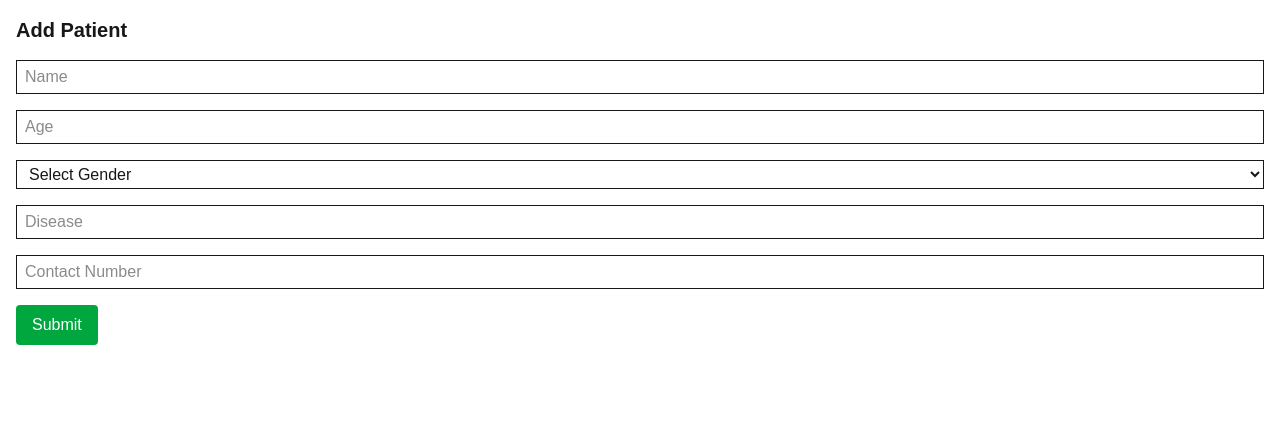
Repository: DangerCR7/patient-crud-app
Page: /patient-form (app in patient-crud-ui/)
The author's editor kept a copy of each file at every save. The page is drawn from the files as they stood at one save, then again after the next save.
The browser window is 1280 px wide. The pictures show the whole page.
The project was rebuilt for these pictures with package versions that can differ from the ones it lists, and the page was loaded fresh each time. The framework's server and built-in components were replaced by stand-ins that run in the browser. Also part of the build but not shown: patient-crud-ui/next.config.mjs.

Above is the page before, as saved 2025-07-14 19:22:26.

### patient-crud-ui/src/app/patient-form/page.js
import React, { useState } from 'react';

export default function PatientForm() {
  const [form, setForm] = useState({
    name: '',
    age: '',
    gender: '',
    disease: '',
    contact: ''
  });

  const handleChange = (e) => {
    setForm({ ...form, [e.target.name]: e.target.value });
  };

  const handleSubmit = async (e) => {
    e.preventDefault();
    try {
      const res = await fetch('http://localhost:8080/api/patients', {
        method: 'POST',
        headers: {
          'Content-Type': 'application/json'
        },
        body: JSON.stringify(form)
      });

      if (!res.ok) throw new Error('Failed to add patient');
      alert('Patient added successfully!');
    } catch (error) {
      console.error(error);
      alert('Error adding patient');
    }
  };

  return (
    <div className="container mx-auto p-4">
      <h1 className="text-xl font-semibold mb-4">Add Patient</h1>
      <form onSubmit={handleSubmit} className="space-y-4">
        <input type="text" name="name" placeholder="Name" value={form.name} onChange={handleChange} className="border px-2 py-1 w-full" required />
        <input type="number" name="age" placeholder="Age" value={form.age} onChange={handleChange} className="border px-2 py-1 w-full" required />
        <select name="gender" value={form.gender} onChange={handleChange} className="border px-2 py-1 w-full" required>
          <option value="">Select Gender</option>
          <option value="male">Male</option>
          <option value="female">Female</option>
        </select>
        <input type="text" name="disease" placeholder="Disease" value={form.disease} onChange={handleChange} className="border px-2 py-1 w-full" />
        <input type="text" name="contact" placeholder="Contact Number" value={form.contact} onChange={handleChange} className="border px-2 py-1 w-full" />
        <button type="submit" className="bg-green-600 text-white px-4 py-2 rounded">Submit</button>
      </form>
    </div>
  );
}

Loaded but not shown: patient-crud-ui/src/app/layout.js (common file); patient-crud-ui/src/app/globals.css (common file)

After the next save:
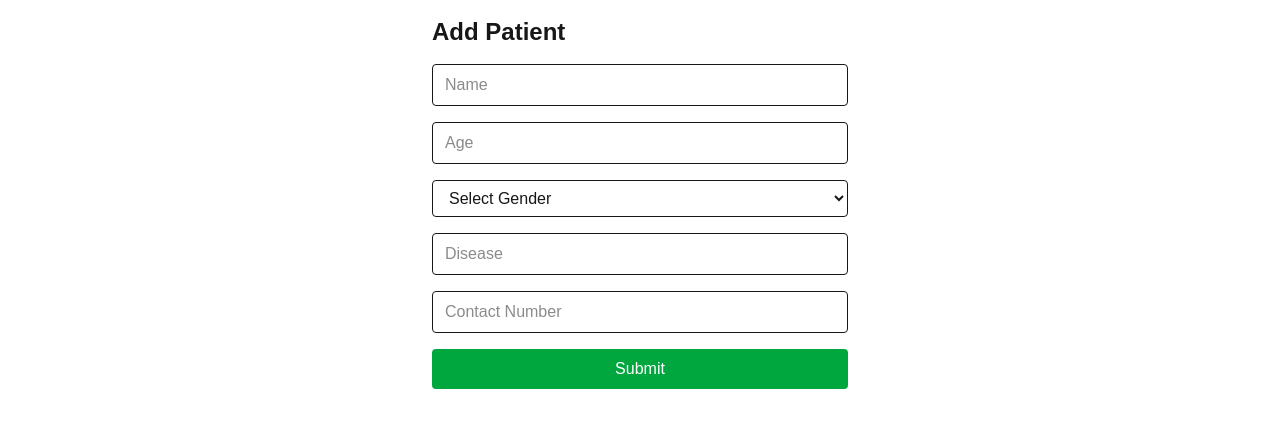
Saved 2 min 1 s later.
--- a/patient-crud-ui/src/app/patient-form/page.js
+++ b/patient-crud-ui/src/app/patient-form/page.js
@@ -1,3 +1,4 @@
+'use client';
 import React, { useState } from 'react';
 
 export default function PatientForm() {
@@ -15,8 +16,9 @@ export default function PatientForm() {
 
   const handleSubmit = async (e) => {
     e.preventDefault();
+
     try {
-      const res = await fetch('http://localhost:8080/api/patients', {
+      const response = await fetch('http://localhost:8080/api/patients', {
         method: 'POST',
         headers: {
           'Content-Type': 'application/json'
@@ -24,28 +26,81 @@ export default function PatientForm() {
         body: JSON.stringify(form)
       });
 
-      if (!res.ok) throw new Error('Failed to add patient');
+      if (!response.ok) {
+        throw new Error('Failed to add patient');
+      }
+
+      const result = await response.json();
       alert('Patient added successfully!');
+      console.log('Added:', result);
+
+      // Reset form after submit
+      setForm({
+        name: '',
+        age: '',
+        gender: '',
+        disease: '',
+        contact: ''
+      });
+
     } catch (error) {
-      console.error(error);
+      console.error('Error adding patient:', error);
       alert('Error adding patient');
     }
   };
 
   return (
-    <div className="container mx-auto p-4">
-      <h1 className="text-xl font-semibold mb-4">Add Patient</h1>
+    <div className="container mx-auto p-4 max-w-md">
+      <h1 className="text-2xl font-bold mb-4">Add Patient</h1>
       <form onSubmit={handleSubmit} className="space-y-4">
-        <input type="text" name="name" placeholder="Name" value={form.name} onChange={handleChange} className="border px-2 py-1 w-full" required />
-        <input type="number" name="age" placeholder="Age" value={form.age} onChange={handleChange} className="border px-2 py-1 w-full" required />
-        <select name="gender" value={form.gender} onChange={handleChange} className="border px-2 py-1 w-full" required>
+        <input
+          type="text"
+          name="name"
+          value={form.name}
+          onChange={handleChange}
+          placeholder="Name"
+          className="border px-3 py-2 w-full rounded"
+          required
+        />
+        <input
+          type="number"
+          name="age"
+          value={form.age}
+          onChange={handleChange}
+          placeholder="Age"
+          className="border px-3 py-2 w-full rounded"
+          required
+        />
+        <select
+          name="gender"
+          value={form.gender}
+          onChange={handleChange}
+          className="border px-3 py-2 w-full rounded"
+          required
+        >
           <option value="">Select Gender</option>
           <option value="male">Male</option>
           <option value="female">Female</option>
         </select>
-        <input type="text" name="disease" placeholder="Disease" value={form.disease} onChange={handleChange} className="border px-2 py-1 w-full" />
-        <input type="text" name="contact" placeholder="Contact Number" value={form.contact} onChange={handleChange} className="border px-2 py-1 w-full" />
-        <button type="submit" className="bg-green-600 text-white px-4 py-2 rounded">Submit</button>
+        <input
+          type="text"
+          name="disease"
+          value={form.disease}
+          onChange={handleChange}
+          placeholder="Disease"
+          className="border px-3 py-2 w-full rounded"
+        />
+        <input
+          type="text"
+          name="contact"
+          value={form.contact}
+          onChange={handleChange}
+          placeholder="Contact Number"
+          className="border px-3 py-2 w-full rounded"
+        />
+        <button type="submit" className="bg-green-600 text-white px-4 py-2 rounded w-full">
+          Submit
+        </button>
       </form>
     </div>
   );
